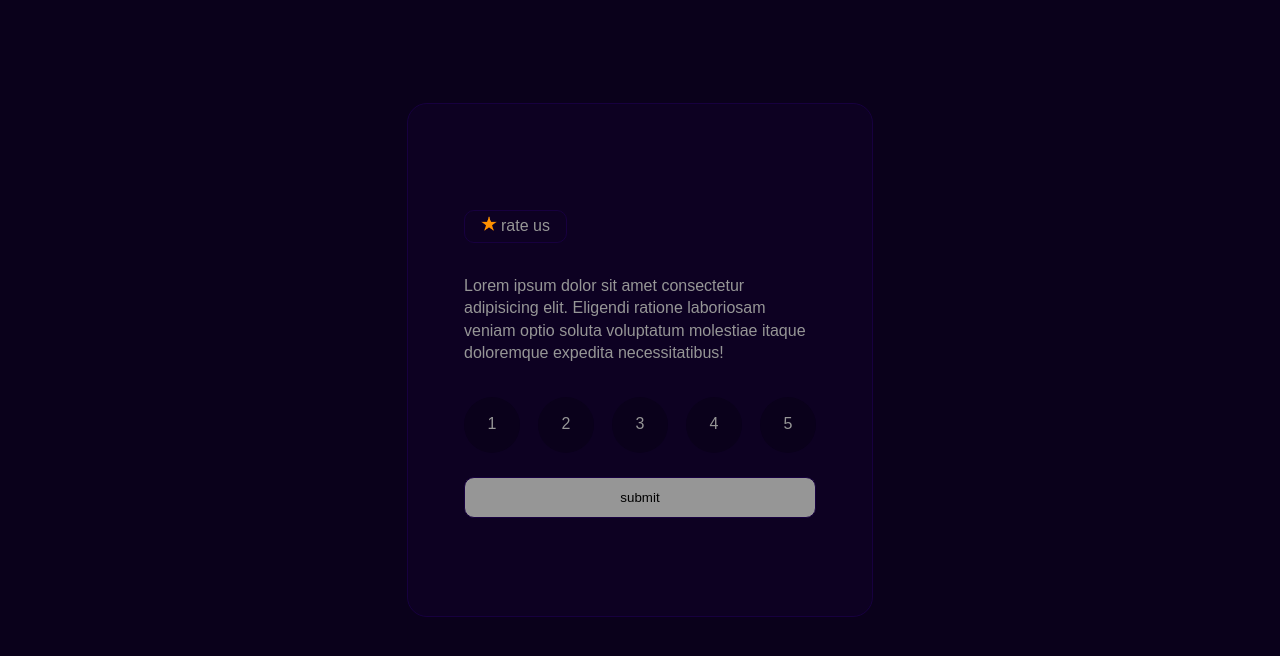
Repository: russel-success/xcodepp-TASK-2
Page: index.html
The author's editor kept a copy of each file at every save. The page is drawn from the files as they stood at one save, then again after the next save.
The browser window is 1280 px wide. The pictures show the whole page.

Above is the page before, as saved 2024-05-25 10:00:20.

### index.html
<!DOCTYPE html>
<html lang="en">
<head>
    <meta charset="UTF-8">
    <meta name="viewport" content="width=device-width, initial-scale=1.0">
    <link rel="stylesheet" href="styles/styles.css">
    <title>Ratings</title>
</head>
<body>
    <div class="container">
        <div class="card-container">
            <div class="rate-us">
                <span><img src="assets/star.png" alt=""></span><span><p>rate us</p></span>
            </div>
            <div class="body-text-container"><p class="body-text">Lorem ipsum dolor sit amet consectetur adipisicing elit. Eligendi ratione laboriosam veniam optio soluta voluptatum molestiae itaque doloremque expedita necessitatibus!</p>
            </div>
            <div class="ratings-container">
                <div class="rating">1</div>
                <div class="rating">2</div>
                <div class="rating">3</div>
                <div class="rating">4</div>
                <div class="rating">5</div>
            </div>
            <div class="button-container"><button class="submit">submit</button></div>
        </div>
    </div>
    <script src="script.js"></script>
</body>
</html>

### styles/styles.css
/* :root{
    --prim-purple:rgb(8, 1, 30)
} */
*{
    padding:0;
    margin:0;
}
.container{
    background:rgb(10, 1, 27);
    width:100vw;
    height:100vh;
    display:flex;
    justify-content: center;
    align-items: center;
}
.card-container{
    width:30%;
    min-width:240px;
    height:60%;
    min-height:250px;
    box-sizing:content-box;
    padding:40px;
    margin:24px;
    border-radius: 20px;
    border:1px solid rgb(23, 0, 63);
    background:rgb(13, 1, 34);
    color:rgb(150, 150, 150);
    font-family:Arial, Helvetica, sans-serif;
    line-height: 1.4rem;
    font-weight:100;
    display:flex;
    /* align-items:center; */
    justify-content: center;
    flex-direction:column;
}
.rate-us{
    display: flex;
    justify-content:left;
    align-items: center;
    gap:4px;
    margin:16px;
    padding:4px 16px;
    border:1px solid rgb(23, 0, 63);
    border-radius:10px;
    width:fit-content;
    height:fit-content;
}
.rate-us img{
    width:16px;
}
.body-text-container{
    width:fit-content;
    height:fit-content;
    padding:16px;
}
.body-text{
    color:inherit;
}
.ratings-container{
    display:flex;
    justify-content:space-between;
    align-items: center;
    width:auto;
    /* border:1px solid white; */
    padding:16px;
}
.rating{
    /* border:1px solid white; */
    width:56px;
    height:56px;
    text-align:center;
    align-content:center;
    border-radius:28px;
    background:rgb(10, 1, 27);
    color:rgb(150, 150, 150);
    transition:background 0.2s ease;
    cursor:pointer;
}
/* .rating:hover{
    background:rgb(150, 150, 150);
    color:rgb(13, 1, 34);
} */

.chosen-rating{
    background:rgb(255, 145, 0);
    color:rgb(13, 1, 34);
}
.button-container{
    display:flex;
    justify-content:center;
    align-items: center;
    width:auto;
    padding:8px 16px;
}
.submit{
    width:100%;
    height:fit-content;
    padding:12px 0;
    border-radius:10px;
    border:1px solid rgb(23, 0, 63);
    background:rgb(150, 150, 150);
    transition:background 0.2s ease;
    cursor:pointer;
}
@media screen and (max-width:360px){
   text{
    font-size:0.9rem;
   }
   .button-container{
    width:50px;
   }
   .card-container{
    width:100px;
   }
}

### script.js
var ratings=document.querySelectorAll(".rating");
const submit_btn=document.querySelector(".submit");
console.log(ratings[1].textContent);
ratings.forEach(element=>{
    element.addEventListener("click",()=>{
        ratings.forEach(element=>{
            element.classList.remove('chosen-rating');
        })
        element.classList.add('chosen-rating');
       for(var i=0; i<element.textContent; i++){
        ratings[i].classList.add('chosen-rating');
       }
       submit_btn.style.background="rgb(255, 145, 0)";
    });

});

After the next save:
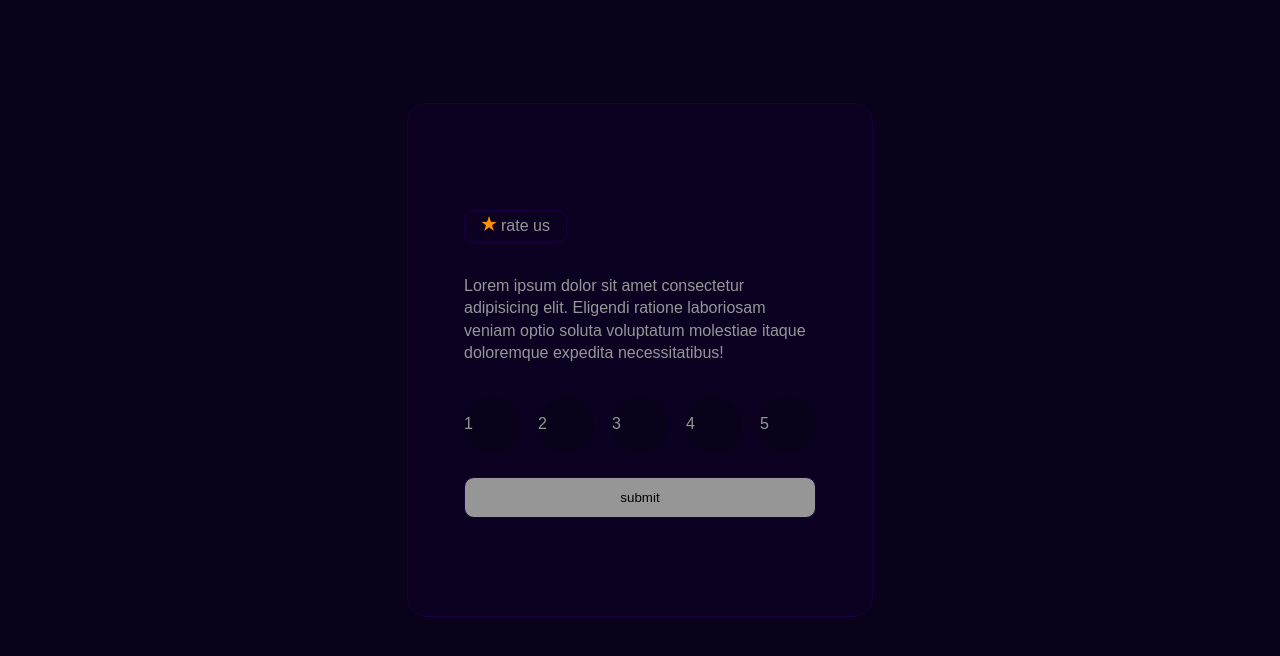
Saved 2 min 51 s later.
--- a/styles/styles.css
+++ b/styles/styles.css
@@ -68,6 +68,7 @@
     /* border:1px solid white; */
     width:56px;
     height:56px;
+    min-w
     text-align:center;
     align-content:center;
     border-radius:28px;

After the save that followed:
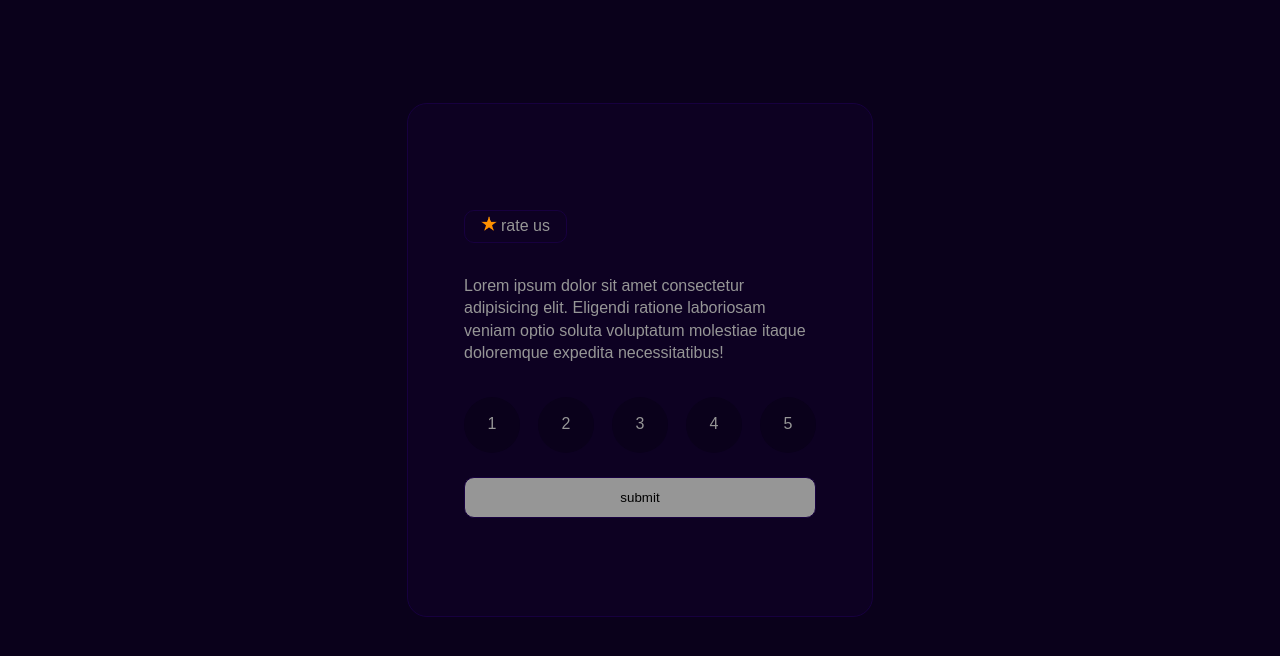
Saved 11 s later.
--- a/styles/styles.css
+++ b/styles/styles.css
@@ -68,7 +68,8 @@
     /* border:1px solid white; */
     width:56px;
     height:56px;
-    min-w
+    min-width:30px;
+    min-height:30px;
     text-align:center;
     align-content:center;
     border-radius:28px;
